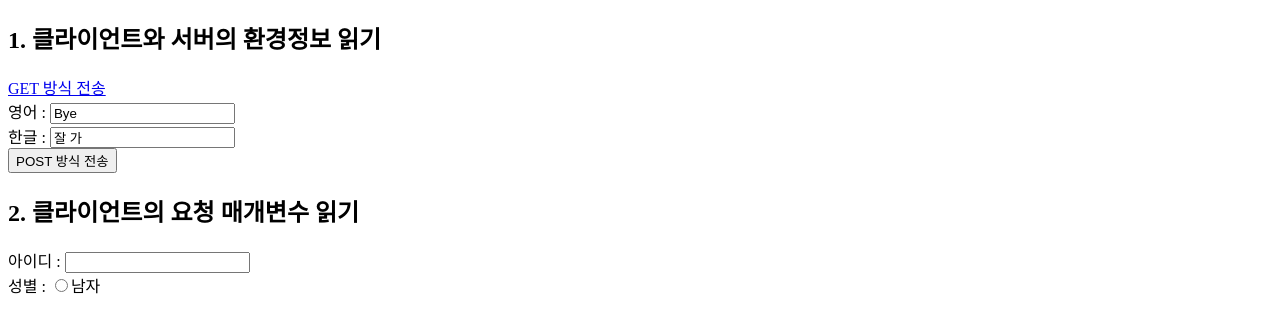
Repository: devgolol/JSP-_Servlet
Page: http://localhost/MustHaveJSP/02ImplicitObject/RequestMain.jsp
These files come from the project's save history. The page is drawn as it stood at one moment and after a run of saves; the edit follows.
The browser window is 1280 px wide. The pictures show the whole page.
The page is served by Tomcat 10.

Above is the page before, as saved 2025-05-02 05:45:54.

After the next 2 saves:
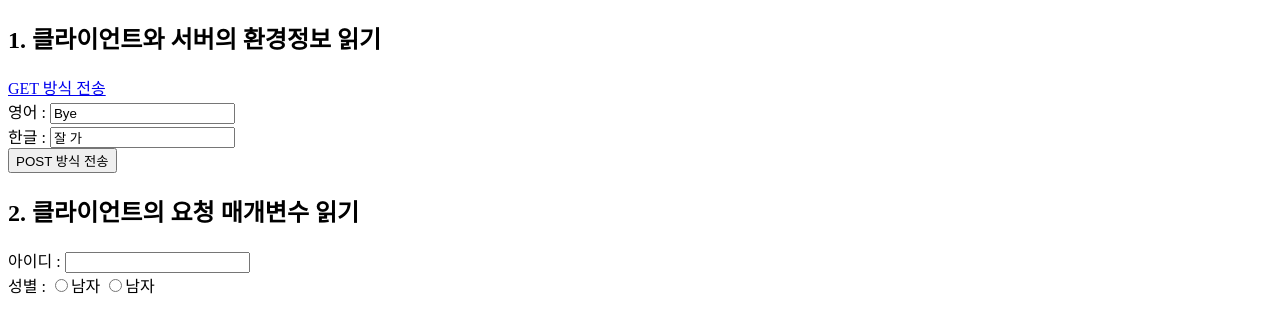
The 2 saves are shown as one change because they came seconds apart.
The last was saved 19 s later.
--- a/MustHaveJSP/src/main/webapp/02ImplicitObject/RequestMain.jsp
+++ b/MustHaveJSP/src/main/webapp/02ImplicitObject/RequestMain.jsp
@@ -25,6 +25,7 @@
 	<form action="RequestParameter.jsp" method="post">
 	아이디 : <input type="text" name="id" value=""/><br/>
 	성별 : <input type="radio" name="sex" value="man"/>남자
+	<input type="radio" name="sex" value="woman"/>남자
 	</form>
 
 </body>
